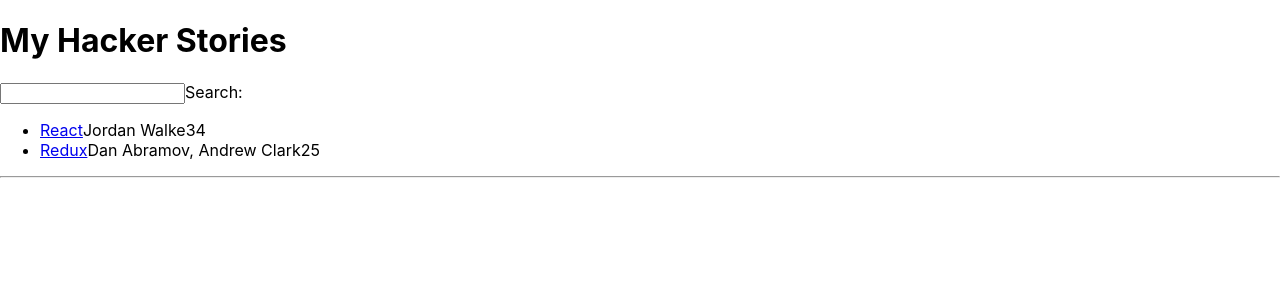
Repository: m-ahmadshaikh/FullStackProjects
Page: / (app in 03-react/hacker-stories/)
The author's editor kept a copy of each file at every save. The page is drawn from the files as they stood at one save, then again after a run of saves.
The browser window is 1280 px wide. The pictures show the whole page.
The project was rebuilt for these pictures with package versions that can differ from the ones it lists, and the page was loaded fresh each time. Also part of the build but not shown: 03-react/hacker-stories/src/App.css.

Above is the page before, as saved 2022-08-24 09:50:16.

### 03-react/hacker-stories/src/index.js
import React from 'react';
import ReactDOM from 'react-dom/client';
import './index.css';
import App from './App';
import reportWebVitals from './reportWebVitals';

const root = ReactDOM.createRoot(document.getElementById('root'));
root.render(
  // eslint-disable-next-line react/jsx-filename-extension
  <React.StrictMode>
    <App />
  </React.StrictMode>,
);

// If you want to start measuring performance in your app, pass a function
// to log results (for example: reportWebVitals(console.log))
// or send to an analytics endpoint. Learn more: https://bit.ly/CRA-vitals
reportWebVitals();

### 03-react/hacker-stories/src/App.jsx
import './App.css';

// const title = 'React';

// eslint-disable-next-line no-unused-vars
const list = [
  {
    title: 'React',
    url: 'https://reactjs.org/',
    author: 'Jordan Walke',
    num_comments: 3,
    points: 4,
    objectID: 0,
  },
  {
    title: 'Redux',
    url: 'https://redux.js.org/',
    author: 'Dan Abramov, Andrew Clark',
    num_comments: 2,
    points: 5,
    objectID: 1,
  },
];
function List() {
  return list.map((item) => (
    <li key={item.objectID}>
      <span>
        <a href={item.url}>{item.title}</a>
      </span>
      <span>{item.author}</span>
      <span>{item.num_comments}</span>
      <span>{item.points}</span>
    </li>
  ));
}
function App() {
  return (
    <div>
      <h1>
        My Hacker Stories
      </h1>
      <label htmlFor="search">
        <input id="search" type="text" />
        Search:
        {' '}
      </label>
      <ul>
        <List />
      </ul>
      <hr />
    </div>
  );
}

export default App;

Loaded but not shown: 03-react/hacker-stories/public/index.html (common file); 03-react/hacker-stories/src/index.css (common file); 03-react/hacker-stories/src/reportWebVitals.js (common file)

After the next 9 saves:
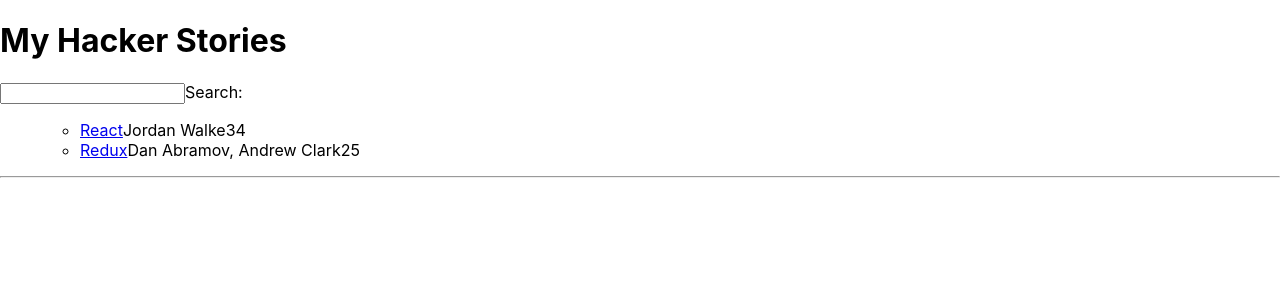
The 9 saves are shown as one change because 1 did not build or start and some came seconds apart.
The last was saved 44 s later.
--- a/03-react/hacker-stories/src/App.jsx
+++ b/03-react/hacker-stories/src/App.jsx
@@ -22,16 +22,20 @@
   },
 ];
 function List() {
-  return list.map((item) => (
-    <li key={item.objectID}>
-      <span>
-        <a href={item.url}>{item.title}</a>
-      </span>
-      <span>{item.author}</span>
-      <span>{item.num_comments}</span>
-      <span>{item.points}</span>
-    </li>
-  ));
+  return (
+    <ul>
+      {list.map((item) => (
+        <li key={item.objectID}>
+          <span>
+            <a href={item.url}>{item.title}</a>
+          </span>
+          <span>{item.author}</span>
+          <span>{item.num_comments}</span>
+          <span>{item.points}</span>
+        </li>
+      ))}
+    </ul>
+  );
 }
 function App() {
   return (

After the 2 saves that followed:
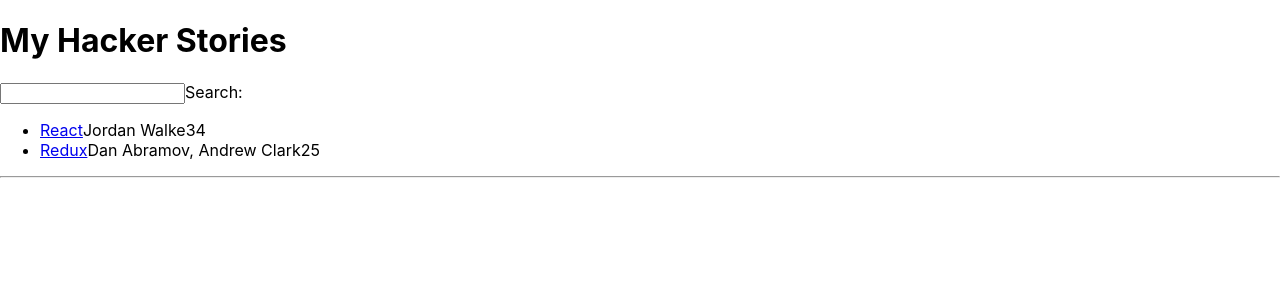
The 2 saves are shown as one change because they came seconds apart.
The last was saved 6 s later.
--- a/03-react/hacker-stories/src/App.jsx
+++ b/03-react/hacker-stories/src/App.jsx
@@ -48,9 +48,9 @@
         Search:
         {' '}
       </label>
-      <ul>
-        <List />
-      </ul>
+
+      <List />
+
       <hr />
     </div>
   );
